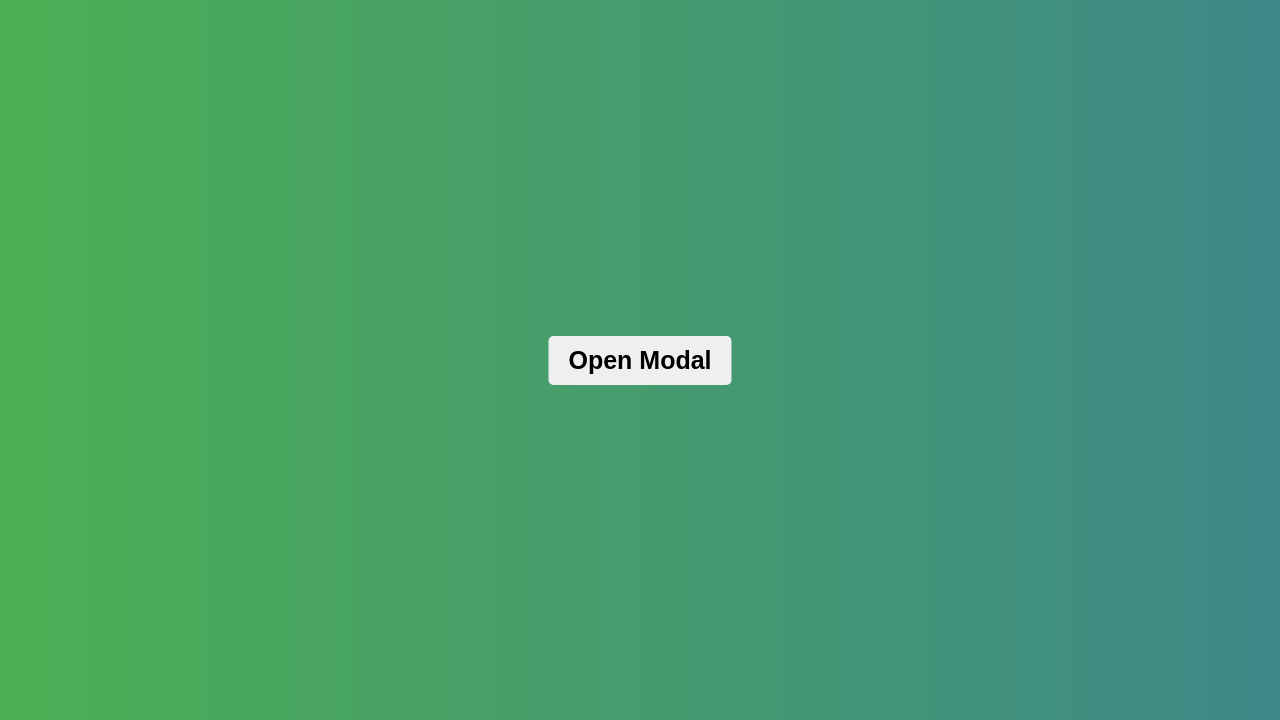
Repository: congnt98/Lean-javascript-in-project
Page: 30Days/4_ImageGallery/index.html
These files come from the project's save history. The page is drawn as it stood at one moment and after the next save; the edit follows.
The browser window is 1280 px wide. The pictures show the whole page.

Above is the page before, as saved 2024-02-18 20:46:03.

### 30Days/4_ImageGallery/index.html
<!DOCTYPE html>
<html lang="en">

<head>
    <meta charset="UTF-8">
    <meta name="viewport" content="width=device-width, initial-scale=1.0">
    <title>Product Card</title>
    <link rel="stylesheet" href="./style.css">
    <link href='https://unpkg.com/boxicons@2.1.4/css/boxicons.min.css' rel='stylesheet'>
    <link
        href="https://fonts.googleapis.com/css2?family=Poppins:ital,wght@0,100;0,200;0,300;0,400;0,500;0,600;0,700;0,800;0,900;1,100;1,200;1,300;1,400;1,500;1,600;1,700;1,800;1,900&display=swap"
        rel="stylesheet">
    <link rel="stylesheet" href="https://cdnjs.cloudflare.com/ajax/libs/font-awesome/6.5.1/css/all.min.css">
</head>

<body>
    <div class="warapper">
        <button class="btn-modal-open">
            Open Modal
        </button>
        <div class="modal hide">
            <div class="modal__inner">
                <div class="modal__header">
                    <span>Wellcome Nguyen Thanh Cong</span>
                    <i class="fa-solid fa-xmark"></i>
                </div>
                <div class="modal__body">
                    <h2 class="title">Modal</h2>
                    <span>Đây là body của modal</span>
                </div>
                <div class="modal__footer">
                    <button class="btn-close">close</button>
                </div>
            </div>
        </div>
    </div>
    <script src="./app.js"></script>
</body>

</html>

### 30Days/4_ImageGallery/style.css
:root {
    --pink-color: #f26a87;
}

* {
    margin: 0;
    padding: 0;
    box-sizing: border-box;
}

body {
    min-height: 100vh;
    background: linear-gradient(to right, #4daf54, #3d8888);
    display: flex;
    justify-content: center;
    align-items: center;
    font-family: "poppins";
}

.warapper {
    max-width: 1200px;
    margin: 0 auto;
    width: 100%;
}

.btn-modal-open {
    display: inline-block;
    position: relative;
    left: 50%;
    transform: translateX(-50%);
    padding: 10px 20px;
    border-radius: 5px;
    outline: none;
    border: none;
    font-size: 25px;
    font-weight: 700;
    cursor: pointer;
}

.modal {
    position: fixed;
    top: 0;
    right: 0;
    bottom: 0;
    left: 0;
    background-color: rgb(0, 0, 0, 0.6);
}

.modal__inner {
    width: 400px;
    position: relative;
    overflow: hidden;
    top: 50%;
    left: 50%;
    transform: translate(-50%, -50%);
    color: #000;
    z-index: 1111;
    background-color: #fff;
    border-radius: 5px;
    overflow: hidden;
    animation: modalShow 0.2s linear;
}

.modal__header {
    background-color: var(--pink-color);
    padding: 15px;
    display: flex;
    justify-content: space-between;
    align-items: center;
    color: #fff;
}

.modal__header i {
    cursor: pointer;
}

.modal__body {
    padding: 15px;
}

.modal__body h2 {
    color: var(--pink-color);
    margin-bottom: 10px 15px;
}

.modal__footer {
    padding: 15px;
    text-align: right;
}

.modal__footer button {
    border: none;
    outline: none;
    padding: 10px 20px;
    color: white;
    background-color: var(--pink-color);
    border-radius: 5px;
    cursor: pointer;
}

.hide {
    display: none;
}

.modal__footer button {}

@keyframes modalShow {
    from {
        top: -40px;
        opacity: 0;
    }

    to {
        opacity: 1;
        top: 50%;
    }
}

### 30Days/4_ImageGallery/app.js
var btnOpen = document.querySelector('.btn-modal-open')
var modal = document.querySelector('.modal')
var btnClose = document.querySelector('.modal__header i')
var iconClose = document.querySelector('.modal__footer .btn-close')

function toggleModal() {
    modal.classList.toggle('hide')
}

btnOpen.addEventListener('click', toggleModal)
btnClose.addEventListener('click', toggleModal)
iconClose.addEventListener('click', toggleModal)
modal.addEventListener('click', function (e) {
    if (e.target == e.currentTarget) {
        toggleModal();
    }
})

After the next save:
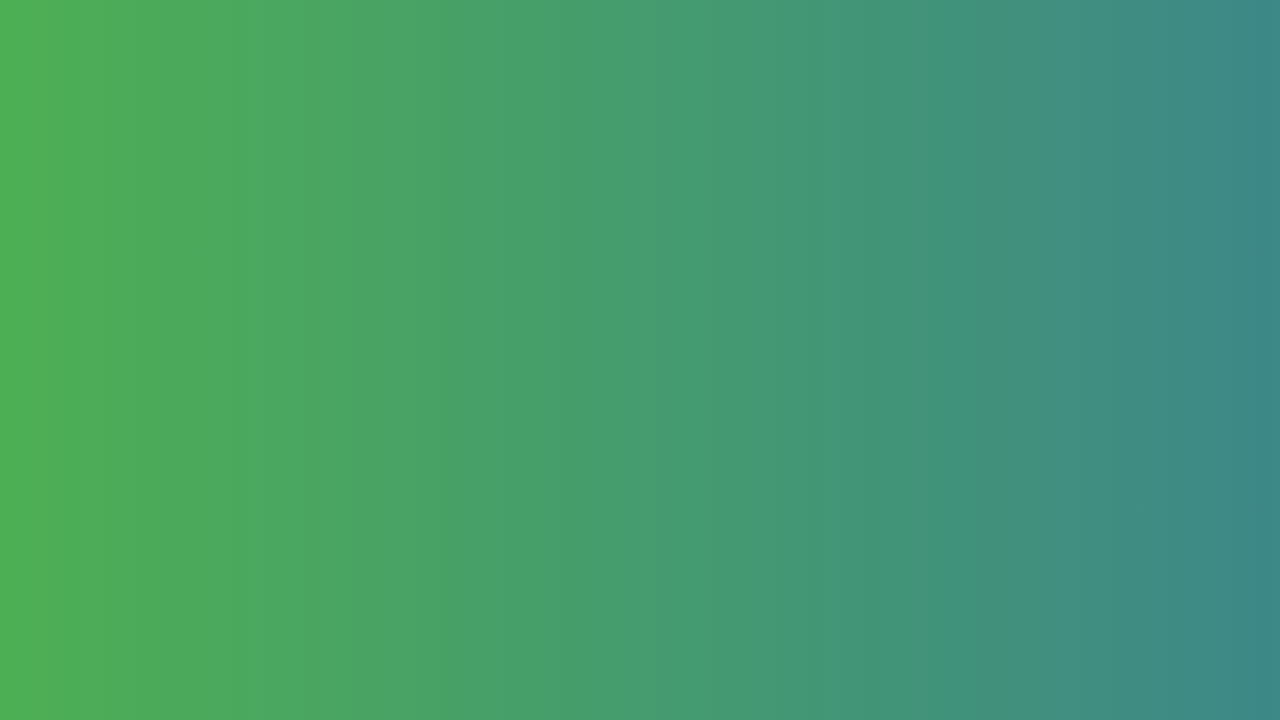
Console error: TypeError: Cannot read properties of null (reading 'addEventListener')
Saved 4 min 35 s later.
--- a/30Days/4_ImageGallery/index.html
+++ b/30Days/4_ImageGallery/index.html
@@ -15,24 +15,7 @@
 
 <body>
     <div class="warapper">
-        <button class="btn-modal-open">
-            Open Modal
-        </button>
-        <div class="modal hide">
-            <div class="modal__inner">
-                <div class="modal__header">
-                    <span>Wellcome Nguyen Thanh Cong</span>
-                    <i class="fa-solid fa-xmark"></i>
-                </div>
-                <div class="modal__body">
-                    <h2 class="title">Modal</h2>
-                    <span>Đây là body của modal</span>
-                </div>
-                <div class="modal__footer">
-                    <button class="btn-close">close</button>
-                </div>
-            </div>
-        </div>
+
     </div>
     <script src="./app.js"></script>
 </body>
